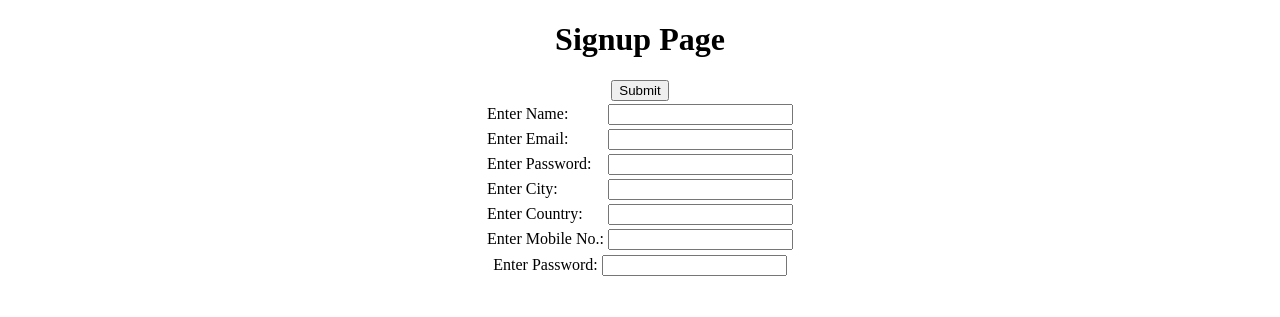
Repository: Suhail-Ahmad-Khan/iplwebapp
Page: http://localhost/IPLWebapp2016/WEB-INF/jsp/signup.jsp
These files come from the project's save history. The page is drawn as it stood at one moment and after the next save; the edit follows.
The browser window is 1280 px wide. The pictures show the whole page.
The page is served by Tomcat 9. Nobody is signed in. The template is opened directly, without the code that normally fills it, so the values that code supplies are empty.

Above is the page before, as saved 2016-12-01 06:21:53.

After the next save:
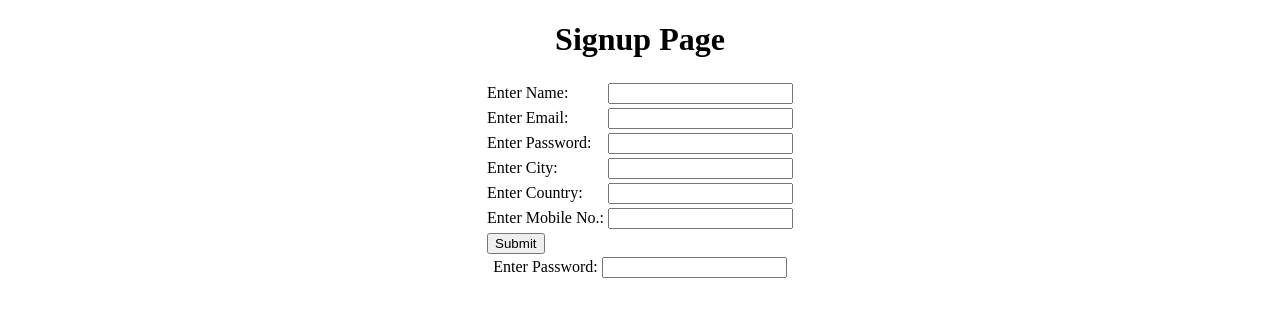
Saved 24 s later.
--- a/IPLWebapp2016/src/main/webapp/WEB-INF/jsp/signup.jsp
+++ b/IPLWebapp2016/src/main/webapp/WEB-INF/jsp/signup.jsp
@@ -37,7 +37,7 @@
 					<td><form:input type="text" path="mobile" /></td>
 				</tr>
 				<tr>
-					<form:input type="submit" path="" value="Submit" />
+					<td><form:input type="submit" path="" value="Submit" /></td>
 				</tr>
 
 			</table>
